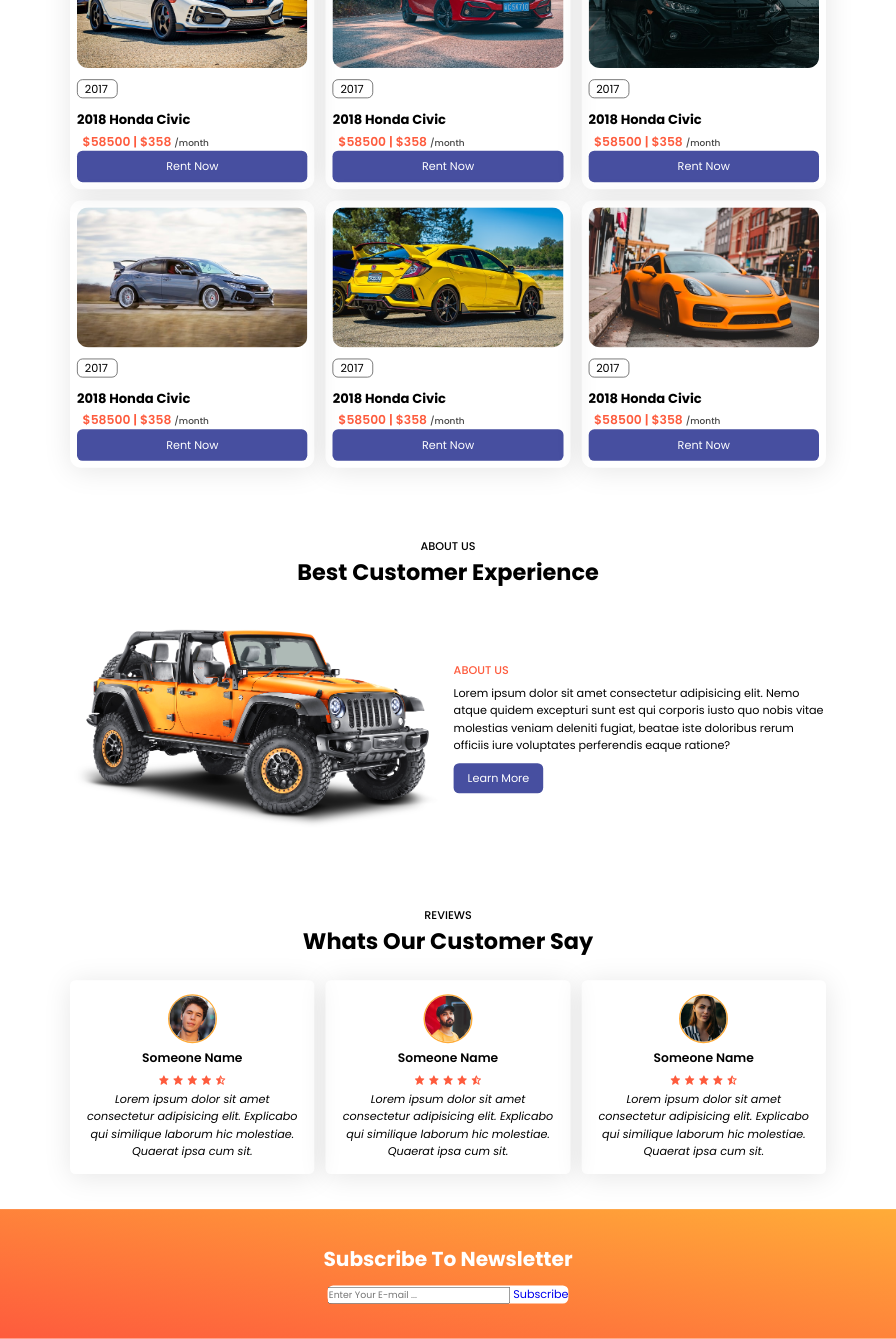
Repository: douglasabnovato/car-rental
Page: index.html
The author's editor kept a copy of each file at every save. The page is drawn from the files as they stood at one save, then again after the next save.
The browser window is 1280 px wide. The pictures show the part of the page from y = 1495 to 3415 px (the page is 3408 px tall before and 3415 px after), at 70% of full size.

Above is the page before, as saved 2025-05-16 16:59:04.

### index.html
<!DOCTYPE html>
<html lang="en">
  <head>
    <meta charset="UTF-8" />
    <meta name="viewport" content="width=device-width, initial-scale=1.0" />
    <title>Car Rental</title>
    <link
      rel="stylesheet"
      href="https://cdn.jsdelivr.net/npm/boxicons@latest/css/boxicons.min.css"
    />
    <link rel="stylesheet" href="./style.css" />
  </head>
  <body>
    <!-- Header -->
    <header>
      <a href="#" class="logo"
        ><img src="./assets/jeep.png" alt="logo da car rental" srcset=""
      /></a>
      <div class="bx bx-menu" id="menu-icon"></div>
      <ul class="navbar">
        <li><a href="#home">Home</a></li>
        <li><a href="#ride">Ride</a></li>
        <li><a href="#services">Services</a></li>
        <li><a href="#about">About</a></li>
        <li><a href="#reviews">Reviews</a></li>
      </ul>
      <div class="header-btn">
        <a href="#" class="sign-up">Sign Up</a>
        <a href="#" class="sign-in">Sign In</a>
      </div>
    </header>

    <!-- Home -->
    <section class="home" id="home">
      <div class="text">
        <h1>
          <span>Looking</span> to <br />
          rent a car
        </h1>
        <p>
          Lorem ipsum dolor sit amet consectetur adi <br />
          pisicing elit. Explicabo esse non fugiat!
        </p>
        <div class="app-stores">
          <img src="./assets/ios.png" alt="" />
          <img src="./assets/play.png" alt="" />
        </div>
      </div>
      <div class="form-container">
        <form action="">
          <div class="input-box">
            <span>Location</span>
            <input type="search" name="" id="" placeholder="Search Places" />
          </div>
          <div class="input-box">
            <span>Pick-Up Date</span>
            <input type="date" name="" id="" />
          </div>
          <div class="input-box">
            <span>Return Date</span>
            <input type="date" name="" id="" />
          </div>
          <input type="submit" name="" id="" class="btn" />
        </form>
      </div>
    </section>

    <!-- Ride -->
    <section class="ride" id="ride">
      <div class="heading">
        <span>How Its Work</span>
        <h1>Rent With 3 Easy Steps</h1>
      </div>
      <div class="ride-container">
        <div class="box">
          <i class="bx bxs-map"></i>
          <h2>Choose A Location</h2>
          <p>
            Lorem ipsum dolor sit, amet consectetur adipisicing elit.
            Perspiciatis, impedit? Saepe quo quam numquam maxime?
          </p>
        </div>
        <div class="box">
          <i class="bx bxs-calendar-check"></i>
          <h2>Pick-Up Date</h2>
          <p>
            Lorem ipsum dolor sit, amet consectetur adipisicing elit.
            Perspiciatis, impedit? Saepe quo quam numquam maxime?
          </p>
        </div>
        <div class="box">
          <i class="bx bxs-calendar-star"></i>
          <h2>Book A Car</h2>
          <p>
            Lorem ipsum dolor sit, amet consectetur adipisicing elit.
            Perspiciatis, impedit? Saepe quo quam numquam maxime?
          </p>
        </div>
      </div>
    </section>

    <!-- Services -->
    <section class="services" id="services">
      <div class="heading">
        <span>Best Services</span>
        <h1>
          Explore Out Top Deals <br />
          From Top Rated Dealers
        </h1>
      </div>
      <div class="services-container">
        <div class="box">
          <div class="box-img">
            <img src="./assets/car1.jpg" alt="car1" />
          </div>
          <p>2017</p>
          <h3>2018 Honda Civic</h3>
          <h2>$58500 | $358 <span> /month</span></h2>
          <a href="#" class="btn">Rent Now</a>
        </div>

        <div class="box">
          <div class="box-img">
            <img src="./assets/car2.jpg" alt="car1" />
          </div>
          <p>2017</p>
          <h3>2018 Honda Civic</h3>
          <h2>$58500 | $358 <span> /month</span></h2>
          <a href="#" class="btn">Rent Now</a>
        </div>

        <div class="box">
          <div class="box-img">
            <img src="./assets/car3.jpg" alt="car1" />
          </div>
          <p>2017</p>
          <h3>2018 Honda Civic</h3>
          <h2>$58500 | $358 <span> /month</span></h2>
          <a href="#" class="btn">Rent Now</a>
        </div>

        <div class="box">
          <div class="box-img">
            <img src="./assets/car4.jpg" alt="car1" />
          </div>
          <p>2017</p>
          <h3>2018 Honda Civic</h3>
          <h2>$58500 | $358 <span> /month</span></h2>
          <a href="#" class="btn">Rent Now</a>
        </div>

        <div class="box">
          <div class="box-img">
            <img src="./assets/car5.jpg" alt="car1" />
          </div>
          <p>2017</p>
          <h3>2018 Honda Civic</h3>
          <h2>$58500 | $358 <span> /month</span></h2>
          <a href="#" class="btn">Rent Now</a>
        </div>

        <div class="box">
          <div class="box-img">
            <img src="./assets/car6.jpg" alt="car1" />
          </div>
          <p>2017</p>
          <h3>2018 Honda Civic</h3>
          <h2>$58500 | $358 <span> /month</span></h2>
          <a href="#" class="btn">Rent Now</a>
        </div>
      </div>
    </section>

    <!-- About -->
    <section class="about" id="about">
      <div class="heading">
        <span>About Us</span>
        <h1>Best Customer Experience</h1>
      </div>
      <div class="about-container">
        <div class="about-img">
          <img src="./assets/about.png" alt="" />
        </div>
        <div class="about-text">
          <span>About Us</span>
          <p>
            Lorem ipsum dolor sit amet consectetur adipisicing elit. Nemo atque
            quidem excepturi sunt est qui corporis iusto quo nobis vitae
            molestias veniam deleniti fugiat, beatae iste doloribus rerum
            officiis iure voluptates perferendis eaque ratione?
          </p>
          <a href="#" class="btn">Learn More</a>
        </div>
      </div>
    </section>

    <!-- Reviews -->
    <section class="reviews" id="reviews">
      <div class="heading">
        <span>Reviews</span>
        <h1>Whats Our Customer Say</h1>
      </div>
      <div class="reviews-container">
        <div class="box">
          <div class="rev-img">
            <img src="./assets/rev1.jpg" alt="" />
          </div>
          <h2>Someone Name</h2>
          <div class="stars">
            <i class="bx bxs-star"></i>
            <i class="bx bxs-star"></i>
            <i class="bx bxs-star"></i>
            <i class="bx bxs-star"></i>
            <i class="bx bxs-star-half"></i>
          </div>
          <p>
            Lorem ipsum dolor sit amet consectetur adipisicing elit. Explicabo
            qui similique laborum hic molestiae. Quaerat ipsa cum sit.
          </p>
        </div>
        <div class="box">
          <div class="rev-img">
            <img src="./assets/rev2.jpg" alt="" />
          </div>
          <h2>Someone Name</h2>
          <div class="stars">
            <i class="bx bxs-star"></i>
            <i class="bx bxs-star"></i>
            <i class="bx bxs-star"></i>
            <i class="bx bxs-star"></i>
            <i class="bx bxs-star-half"></i>
          </div>
          <p>
            Lorem ipsum dolor sit amet consectetur adipisicing elit. Explicabo
            qui similique laborum hic molestiae. Quaerat ipsa cum sit.
          </p>
        </div>
        <div class="box">
          <div class="rev-img">
            <img src="./assets/rev3.jpg" alt="" />
          </div>
          <h2>Someone Name</h2>
          <div class="stars">
            <i class="bx bxs-star"></i>
            <i class="bx bxs-star"></i>
            <i class="bx bxs-star"></i>
            <i class="bx bxs-star"></i>
            <i class="bx bxs-star-half"></i>
          </div>
          <p>
            Lorem ipsum dolor sit amet consectetur adipisicing elit. Explicabo
            qui similique laborum hic molestiae. Quaerat ipsa cum sit.
          </p>
        </div>
      </div>
    </section>

    <!-- Newsletter -->
    <section class="newsletter">
      <h2>Subscribe To Newsletter</h2>
      <div class="box">
        <input type="text" placeholder="Enter Your E-mail ..." />
        <a href="#" class="btn">Subscribe</a>
      </div>
    </section>

    <!-- Link to JS -->
    <script src="./script.js"></script>
  </body>
</html>

### style.css
@import url("https://fonts.googleapis.com/css2?family=Noto+Sans:ital,wght@0,100..900;1,100..900&family=Poppins:ital,wght@0,100;0,200;0,300;0,400;0,500;0,600;0,700;0,800;0,900;1,100;1,200;1,300;1,400;1,500;1,600;1,700;1,800;1,900&display=swap");

* {
  margin: 0;
  padding: 0;
  box-sizing: border-box;
  scroll-padding-top: 2rem;
  scroll-behavior: smooth;
  list-style: none;
  text-decoration: none;
  font-family: "Poppins", sans-serif;
}

:root {
  --main-color: #fe5b3d;
  --second-color: #ffac38;
  --text-color: #444;
  --gradient: linear-gradient(#fe5b3d, #ffac38);
}

html::-webkit-scrollbar {
  width: 0.5rem;
}

html::-webkit-scrollbar-track {
  background: transparent;
}

html::-webkit-scrollbar-thumb {
  background: var(--main-color);
  border-radius: 5rem;
}

section {
  padding: 50px 100px;
}

/* Header */

header {
  position: fixed;
  width: 100%;
  top: 0;
  right: 0;
  z-index: 1000;
  display: flex;
  align-items: center;
  justify-content: space-between;
  background: #eeeff1;
  padding: 15px 100px;
}

.logo img {
  width: 40px;
}

.navbar {
  display: flex;
}

.navbar li {
  position: relative;
}

.navbar a {
  font-size: 1rem;
  padding: 10px 20px;
  color: var(--text-color);
  font-weight: 500;
}

.navbar a:after {
  content: "";
  width: 0;
  height: 3px;
  background: var(--gradient);
  position: absolute;
  bottom: -4px;
  left: 0;
  transition: 0.5s;
}

.navbar a:hover::after {
  width: 100%;
}

#menu-icon {
  font-size: 24px;
  cursor: pointer;
  z-index: 10001;
  display: none;
}

.header-btn a {
  padding: 10px 20px;
  color: var(--text-color);
  font-weight: 500;
}

.header-btn .sign-in {
  background: #474fa0;
  color: #fff;
  border-radius: 0.5rem;
}

.header-btn .sign-in:hover {
  background: var(--main-color);
}

/* Home */
.home {
  width: 100%;
  min-height: 100vh;
  position: relative;
  background: url(./assets/Car\ Website\ –\ 1@2x.png);
  background-repeat: no-repeat;
  background-position: center right;
  background-size: cover;
  display: grid;
  align-items: center;
  grid-template-columns: repeat(2, 1fr);
}

.text h1 {
  font-size: 3.5rem;
  letter-spacing: 2px;
}

.text span {
  color: var(--main-color);
}

.text p {
  margin: 0.5rem 0 1rem;
}

.app-stores {
  display: flex;
}

.app-stores img {
  width: 100px;
  margin-right: 1rem;
  cursor: pointer;
}

.form-container form {
  display: flex;
  flex-wrap: wrap;
  align-items: center;
  gap: 1rem;
  position: absolute;
  bottom: 4rem;
  left: 100px;
  background: #fff;
  padding: 20px;
  border-radius: 0.5rem;
}

.input-box {
  flex: 1 1 7rem;
  display: flex;
  flex-direction: column;
}

.input-box span {
  font-weight: 500;
}

.input-box input {
  padding: 7px;
  outline: none;
  border: none;
  background: #eeeff1;
  border-radius: 0.5rem;
  font-size: 1rem;
}

.form-container form .btn {
  flex: 1 1 7rem;
  padding: 10px 34px;
  border: none;
  border-radius: 0.5rem;
  background: #474fa0;
  color: #fff;
  font-size: 1rem;
  font-weight: 500;
}

.form-container form .btn:hover {
  background: var(--main-color);
  cursor: pointer;
}

/* Ride */
.heading {
  text-align: center;
}

.heading span {
  font-weight: 500;
  text-transform: uppercase;
}

.heading h1 {
  font-size: 2rem;
}

.ride-container {
  display: grid;
  align-items: center;
  grid-template-columns: repeat(auto-fit, minmax(250px, auto));
  gap: 1rem;
  margin-top: 2rem;
}

.ride-container .box {
  text-align: center;
  padding: 20px;
}

.ride-container .box .bx {
  font-size: 34px;
  padding: 10px;
  background: #eeeff1;
  border-radius: 0.5rem;
  color: var(--main-color);
}

.ride-container .box h2 {
  font-size: 1.3rem;
  font-weight: 500;
  margin: 1.4rem 0 0.5rem;
}

.ride-container .box .bx:hover,
.ride-container .box .bx .bxs-calendar-star {
  background: var(--gradient);
  color: #fff;
}

/* Services */
.services-container {
  display: grid;
  grid-template-columns: repeat(auto-fit, minmax(300px, auto));
  gap: 1rem;
  margin-top: 2rem;
}

.services-container .box {
  padding: 10px;
  border-radius: 1rem;
  box-shadow: 1px 4px 41px rgba(0, 0, 0, 0.1);
}

.services-container .box .box-img {
  width: 100%;
  height: 200px;
}

.services-container .box .box-img img {
  width: 100%;
  height: 100%;
  border-radius: 1rem;
  object-fit: cover;
  object-position: center;
}

.services-container .box p {
  padding: 0 10px;
  border: 1px solid var(--text-color);
  width: 58px;
  border-radius: 0.5rem;
  margin: 1rem 0 1rem;
}

.services-container .box h2 {
  font-size: 1.1rem;
  font-weight: 600;
  color: var(--main-color);
  margin: 0.2rem 0 0 0.5rem;
}

.services-container .box h2 span {
  font-size: 0.8rem;
  font-weight: 500;
  color: var(--text-color);
}

.services-container .box .btn {
  display: flex;
  justify-content: center;
  background: #474fa0;
  color: #fff;
  padding: 10px;
  border-radius: 0.5rem;
}

.services-container .box .btn:hover {
  background: var(--main-color);
}

/* About */
.about-container {
  display: grid;
  grid-template-columns: repeat(2, 1fr);
  margin-top: 2rem;
  align-items: center;
  gap: 1rem;
}

.about-img img {
  width: 100%;
}

.about-text span {
  font-weight: 500;
  color: var(--main-color);
  text-transform: uppercase;
}

.about-text p {
  margin: 0.5rem 0 1.4rem;
}

.about-text .btn {
  padding: 10px 20px;
  background: #474fa0;
  color: #fff;
  border-radius: 0.5rem;
}

.about-text .btn:hover {
  background: var(--main-color);
}

/* Review */
.reviews-container {
  display: grid;
  grid-template-columns: repeat(auto-fit, minmax(250px, auto));
  gap: 1rem;
  margin-top: 2rem;
}

.rev-img {
  width: 70px;
  height: 70px;
}

.rev-img img {
  width: 100%;
  height: 100%;
  border-radius: 50%;
  object-fit: cover;
  object-position: center;
  border: 2px solid var(--second-color);
}

.reviews-container .box {
  display: flex;
  flex-direction: column;
  align-items: center;
  text-align: center;
  padding: 20px;
  box-shadow: 1px 4px 41px rgba(0, 0, 0, 0.1);
  border-radius: 0.5rem;
}

.reviews-container .box h2 {
  font-size: 1.1rem;
  font-weight: 600;
  margin: 0.5rem 0 0.5rem;
}

.reviews-container .box p {
  font-style: italic;
}

.reviews-container .box .stars .bx {
  color: var(--main-color);
}

/* Newsletter */
.newsletter {
  background: linear-gradient(to top right, #fe5b3d, #ffac38);
  display: flex;
  flex-direction: column;
  align-items: center;
}

.newsletter h2 {
  color: #fff;
  font-size: 1.8rem;
}

.newsletter .box {
  margin-top: 1rem;
  background: #fff;
  border-radius: 0.5rem;
}

Loaded but not shown: script.js (no stored copy; drawn as an empty file)

After the next save:
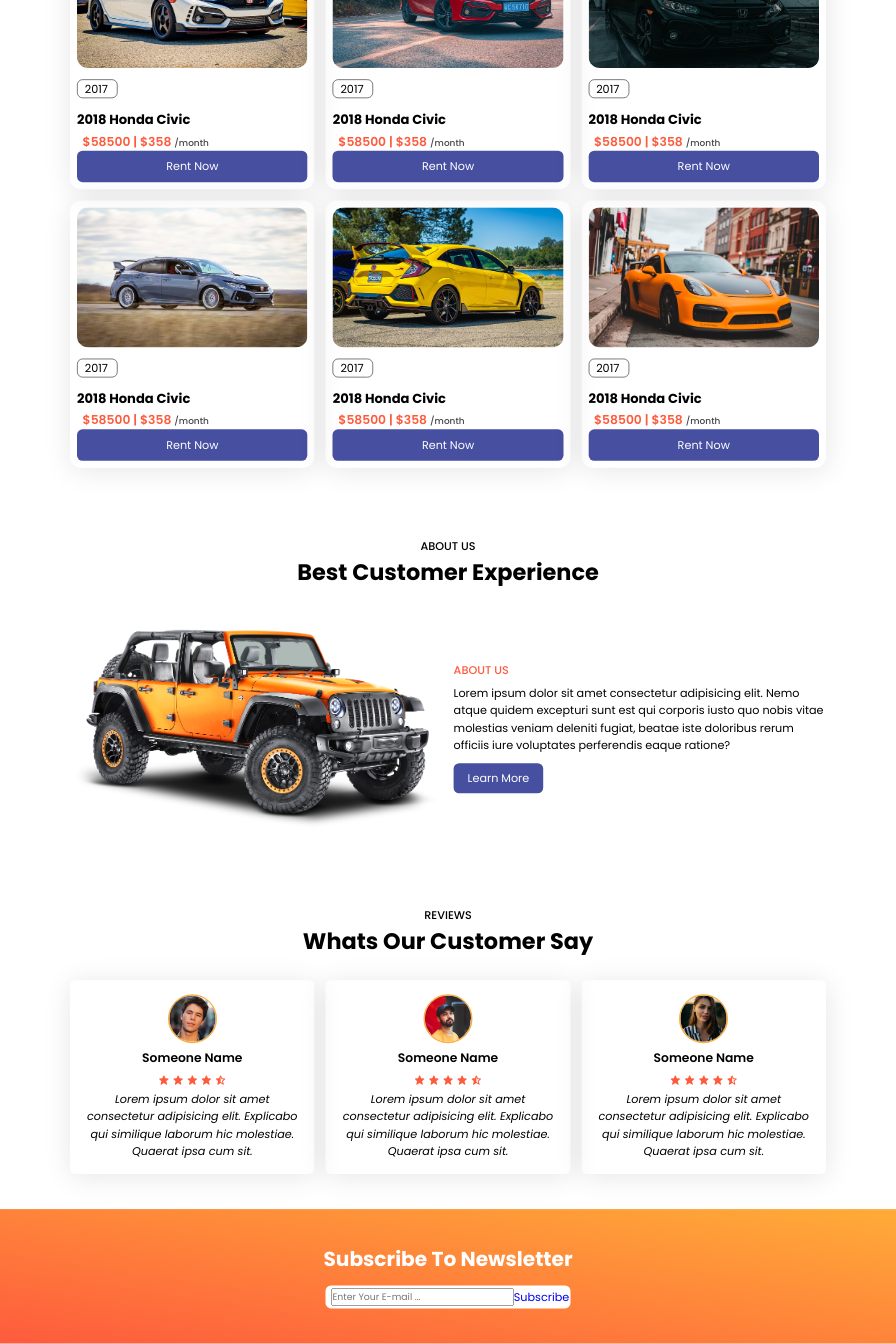
Saved 63 s later.
--- a/style.css
+++ b/style.css
@@ -397,4 +397,8 @@ header {
   margin-top: 1rem;
   background: #fff;
   border-radius: 0.5rem;
-}
+  padding: 4px 8px;
+  width: 350px;
+  display: flex;
+  justify-content: space-between;
+}
